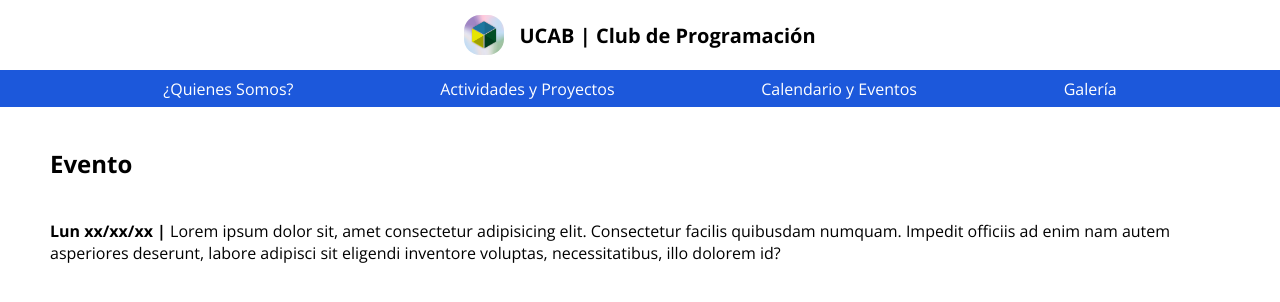
Repository: LuisR404/LandingPage
Page: Pages/CalendarioYEventos.html
An editor plug-in stored every save of this project. The page is shown before and after the next save, followed by the edit.
The browser window is 1280 px wide. The pictures show the whole page.

Above is the page before, as saved 2025-11-24 14:28:05.

### Pages/CalendarioYEventos.html
<!DOCTYPE html>
<html lang="es">
<head>
    <meta charset="UTF-8">
    <meta name="viewport" content="width=device-width, initial-scale=1.0">
    <link rel="stylesheet" href="../Styles/CommonStyles.css">   <!-- ESTILOS GENERALES -->
    <link rel="stylesheet" href="../Styles/CalendarioYEventos.css">     <!-- ESTILOS DE LA PÁGINA -->
    <title>Document</title>
</head>
<body>
    <!-- TITULO -->
    <section class="header">
        <img src="../resources/club_icon.jpg" alt="" id="header-logo">
        <h1>UCAB | Club de Programación</h1>
    </section>

    <!-- NAV BAR -->
    <nav class="header-nav">
        <ul>
            <li><a href="./QuienesSomos.html">¿Quienes Somos?</a></li>
            <li><a href="./ActividadesYProyectos.html">Actividades y Proyectos</a></li>
            <li><a href="./CalendarioYEventos.html">Calendario y Eventos</a></li>
            <li><a href="./Galeria.html">Galería</a></li>
        </ul>
    </nav>

    <section class="eventos">
        <div id="eventos-container">
            <div class="evento">
                <h2>Evento</h2>
                <p><b>Lun xx/xx/xx | </b>Lorem ipsum dolor sit, amet consectetur adipisicing elit. Consectetur facilis quibusdam numquam. Impedit officiis ad enim nam autem asperiores deserunt, labore adipisci sit eligendi inventore voluptas, necessitatibus, illo dolorem id?</p>
            </div>
        </div>
    </section>
</body>
</html>

### Styles/CommonStyles.css
/* ============ ESTILOS DE PAGINA ============ */
@import url('https://fonts.googleapis.com/css2?family=Open+Sans:wght@400;700&display=swap');

* {
    font-family: 'Open sans', sans-serif;
    margin: 0;
}

.item {
    border: 1px solid rgba(255, 255, 255, 0.25);
    box-sizing: border-box;
    box-shadow: inset 0px 0px 3.5px rgba(255, 255, 255, 0.5), 3px 5px 10px rgba(0, 0, 0, 0.4);
    /* box-shadow:  */
}

img {
    max-width: 100% ;
}

button:hover {
    cursor: pointer;
    scale: 110%;
}

/* ============ HEADER ============ */
.header {
    display: flex;
    justify-content: center;
    align-items: center;

    padding-top: 15px;
    padding-bottom: 15px;
}

.header h1 {  /* ------> titulo */
    font-size: clamp(17px, 4vw, 20px);
    white-space: nowrap;

    margin-left: 15px;
}

#header-logo {  /* ------> logo */
    width: clamp(32px, 7vw, 40px);
    height: clamp(32px, 7vw, 40px);

    border-radius: 40%;
}

/* ========== NAV BAR ========== */
.header-nav {
    display: flex;
    justify-content: center;

    padding-top: 7.5px;
    padding-bottom: 7.5px;


    background-color: #1C58DB;
}

.header-nav ul {  /* ------> lista */
    display: flex;
    flex-direction: row;
    justify-content: space-around;

    width: 1100px;

    padding: 0;

    list-style: none;
}

.header-nav ul li a {  /* ------> links */
    text-decoration: none;
    color: white;
}

### Styles/CalendarioYEventos.css
img {
    width: 150px;
}

.eventos {
    padding: 40px 50px;

    max-width: 100%;
}

.evento h2 {
    margin-bottom: 40px;
}

After the next save:
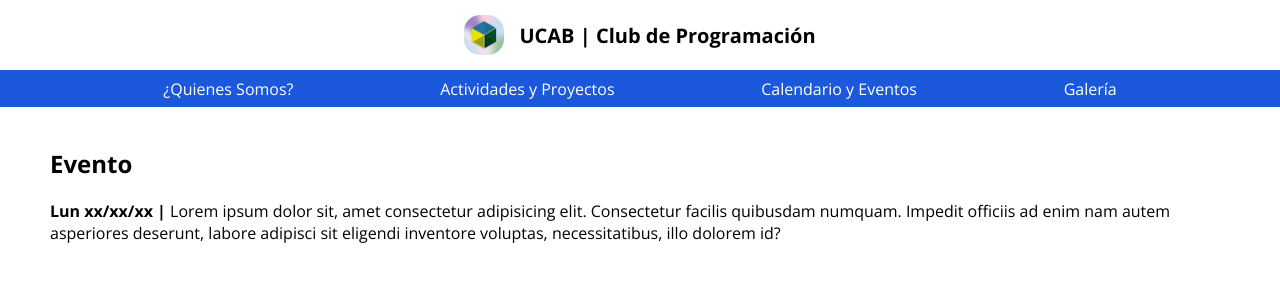
Saved 6 s later.
--- a/Styles/CalendarioYEventos.css
+++ b/Styles/CalendarioYEventos.css
@@ -9,5 +9,5 @@ img {
 }
 
 .evento h2 {
-    margin-bottom: 40px;
+    margin-bottom: 20px;
 }
